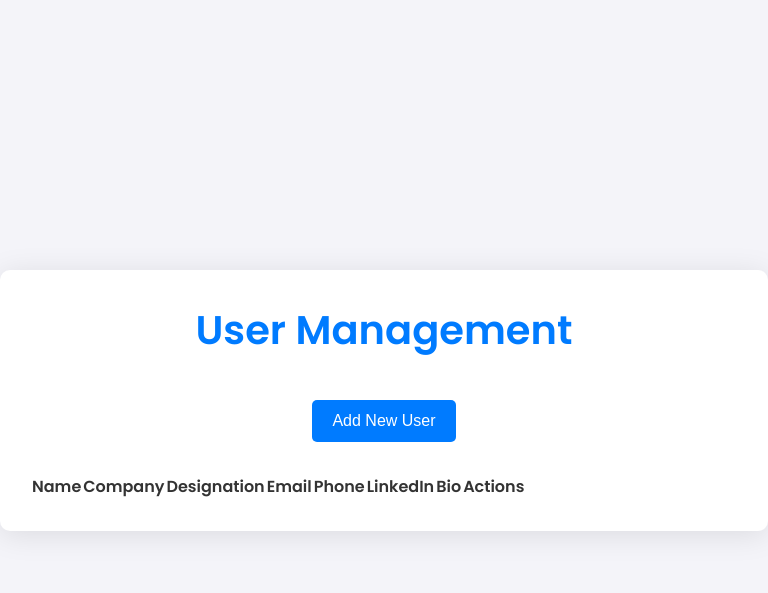
Repository: anazhtz/index
Page: index.html
These files come from the project's save history. The page is drawn as it stood at one moment and after the next save; the edit follows.
The browser window is 768 px wide. The pictures show the whole page.

Above is the page before, as saved 2024-11-14 15:17:44.
Console error: TypeError: Cannot set properties of null (setting 'innerHTML')

### index.html
<!DOCTYPE html>
<html lang="en">
<head>
    <meta charset="UTF-8">
    <meta name="viewport" content="width=device-width, initial-scale=1.0">
    <meta http-equiv="X-UA-Compatible" content="ie=edge">
    <title>User Management - CRUD</title>
    <link href="https://fonts.googleapis.com/css2?family=Poppins:wght@300;400;500;600&display=swap" rel="stylesheet">
    <link rel="stylesheet" href="styles.css">
</head>
<body>
    <div class="container">
        <header>
            <h1>User Management</h1>
        </header>

        <div class="actions">
            <button class="btn add-btn" id="addBtn">Add New User</button>
        </div>

        <!-- Table to display users -->
        <div class="table-container">
            <table id="userTable">
                <thead>
                    <tr>
                        <th>Name</th>
                        <th>Company</th>
                        <th>Designation</th>
                        <th>Email</th>
                        <th>Phone</th>
                        <th>LinkedIn</th>
                        <th>Bio</th>
                        <th>Actions</th>
                    </tr>
                </thead>
                <tbody id="userTableBody">
                    <!-- User rows will be added dynamically -->
                </tbody>
            </table>
        </div>
    </div>

    <!-- User Form Modal -->
    <div class="modal" id="userModal">
        <div class="modal-content">
            <span class="close-btn" id="closeModal">&times;</span>
            <h2 id="modalTitle">Add New User</h2>
            <form id="userForm">
                <input type="hidden" id="userId">
                <input type="text" id="userName" placeholder="Full Name" required>
                <input type="text" id="userCompany" placeholder="Company Name" required>
                <input type="text" id="userDesignation" placeholder="Designation" required>
                <input type="email" id="userEmail" placeholder="Email Address" required>
                <input type="text" id="userPhone" placeholder="Phone Number" required>
                <input type="text" id="userLinkedin" placeholder="LinkedIn URL" required>
                <textarea id="userBio" placeholder="Short Bio" required></textarea>
                <button type="submit" class="btn">Save User</button>
            </form>
        </div>
    </div>

    <script src="script.js"></script>
</body>
</html>

### styles.css
/* General Reset */
* {
    margin: 0;
    padding: 0;
    box-sizing: border-box;
}

/* Body Styling */
body {
    font-family: 'Poppins', sans-serif;
    background-color: #f4f4f9;
    color: #333;
    display: flex;
    justify-content: center;
    align-items: center;
    height: 100vh;
    margin: 0;
}

/* Main Container */
.container {
    width: 100%;
    max-width: 1200px;
    background-color: #fff;
    padding: 30px;
    border-radius: 10px;
    box-shadow: 0 4px 30px rgba(0, 0, 0, 0.1);
    overflow: hidden;
}

/* Header Section */
header {
    text-align: center;
    margin-bottom: 40px;
}

header h1 {
    font-size: 2.5rem;
    color: #007bff;
    font-weight: 600;
}

/* Buttons */
button {
    background-color: #007bff;
    color: #fff;
    padding: 12px 20px;
    border: none;
    border-radius: 5px;
    font-size: 1rem;
    cursor: pointer;
    transition: background-color 0.3s ease;
}

button:hover {
    background-color: #0056b3;
}

/* Action Section */
.actions {
    text-align: center;
    margin-bottom: 30px;
}

/* User Cards */
.user-list {
    display: grid;
    grid-template-columns: repeat(auto-fill, minmax(320px, 1fr));
    gap: 20px;
}

.user-card {
    background-color: #fff;
    padding: 20px;
    border-radius: 10px;
    box-shadow: 0 6px 20px rgba(0, 0, 0, 0.1);
    transition: transform 0.3s ease, box-shadow 0.3s ease;
}

.user-card:hover {
    transform: translateY(-10px);
    box-shadow: 0 10px 30px rgba(0, 0, 0, 0.1);
}

.user-card h3 {
    font-size: 1.8rem;
    color: #007bff;
    margin-bottom: 15px;
}

.user-card p {
    color: #555;
    font-size: 1rem;
    margin: 8px 0;
}

.user-card button {
    position: absolute;
    top: 10px;
    right: 10px;
}

.user-card button.edit-btn {
    background-color: #28a745;
}

.user-card button.delete-btn {
    background-color: #dc3545;
}

/* Modal Styling */
.modal {
    display: none;
    position: fixed;
    top: 0;
    left: 0;
    width: 100%;
    height: 100%;
    background: rgba(0, 0, 0, 0.5);
    justify-content: center;
    align-items: center;
    z-index: 1000;
}

.modal-content {
    background-color: #fff;
    padding: 40px;
    width: 500px;
    border-radius: 10px;
    box-shadow: 0 6px 30px rgba(0, 0, 0, 0.1);
}

.close-btn {
    font-size: 30px;
    color: #333;
    position: absolute;
    top: 20px;
    right: 20px;
    cursor: pointer;
}

textarea {
    width: 100%;
    padding: 12px;
    margin-bottom: 20px;
    border: 1px solid #ddd;
    border-radius: 5px;
    font-size: 1rem;
    resize: vertical;
}

input[type="text"], input[type="email"] {
    width: 100%;
    padding: 12px;
    margin-bottom: 20px;
    border: 1px solid #ddd;
    border-radius: 5px;
    font-size: 1rem;
}

/* Responsive Design */
@media (max-width: 768px) {
    .user-list {
        grid-template-columns: 1fr;
    }

    .modal-content {
        width: 90%;
    }
}

### script.js
let users = [];

// Modal and form elements
const userModal = document.getElementById("userModal");
const closeModal = document.getElementById("closeModal");
const userForm = document.getElementById("userForm");

// Add/Edit user fields
const userName = document.getElementById("userName");
const userCompany = document.getElementById("userCompany");
const userDesignation = document.getElementById("userDesignation");
const userEmail = document.getElementById("userEmail");
const userPhone = document.getElementById("userPhone");
const userLinkedin = document.getElementById("userLinkedin");
const userBio = document.getElementById("userBio");
const userId = document.getElementById("userId");

// User list container
const userList = document.querySelector(".user-list");

// Open modal to add a new user
document.getElementById("addBtn").addEventListener("click", () => {
    document.getElementById("modalTitle").textContent = "Add New User";
    userForm.reset();
    userId.value = '';
    userModal.style.display = "flex";
});

// Close modal
closeModal.addEventListener("click", () => {
    userModal.style.display = "none";
});

// Handle user form submission (Add/Edit)
userForm.addEventListener("submit", (e) => {
    e.preventDefault();

    const newUser = {
        id: userId.value || Date.now().toString(),
        name: userName.value,
        company: userCompany.value,
        designation: userDesignation.value,
        email: userEmail.value,
        phone: userPhone.value,
        linkedin: userLinkedin.value,
        bio: userBio.value
    };

    if (userId.value) {
        // Update existing user
        const index = users.findIndex(user => user.id === userId.value);
        users[index] = newUser;
    } else {
        // Add new user
        users.push(newUser);
    }

    renderUsers();
    userModal.style.display = "none";
});

// Edit user
function editUser(userId) {
    const user = users.find(u => u.id === userId);
    userName.value = user.name;
    userCompany.value = user.company;
    userDesignation.value = user.designation;
    userEmail.value = user.email;
    userPhone.value = user.phone;
    userLinkedin.value = user.linkedin;
    userBio.value = user.bio;
    document.getElementById("modalTitle").textContent = "Edit User";
    userId.value = user.id;
    userModal.style.display = "flex";
}

// Delete user
function deleteUser(userId) {
    users = users.filter(user => user.id !== userId);
    renderUsers();
}

// Render user list
function renderUsers() {
    userList.innerHTML = '';
    users.forEach(user => {
        const userCard = document.createElement('div');
        userCard.classList.add('user-card');
        userCard.innerHTML = `
            <h3>${user.name}</h3>
            <p><strong>Company:</strong> ${user.company}</p>
            <p><strong>Designation:</strong> ${user.designation}</p>
            <p><strong>Email:</strong> ${user.email}</p>
            <p><strong>Phone:</strong> ${user.phone}</p>
            <p><strong>LinkedIn:</strong> <a href="${user.linkedin}" target="_blank">Profile</a></p>
            <p><strong>Bio:</strong> ${user.bio}</p>
            <button class="edit-btn" onclick="editUser('${user.id}')">Edit</button>
            <button class="delete-btn" onclick="deleteUser('${user.id}')">Delete</button>
        `;
        userList.appendChild(userCard);
    });
}

// Initial render
renderUsers();

After the next save:
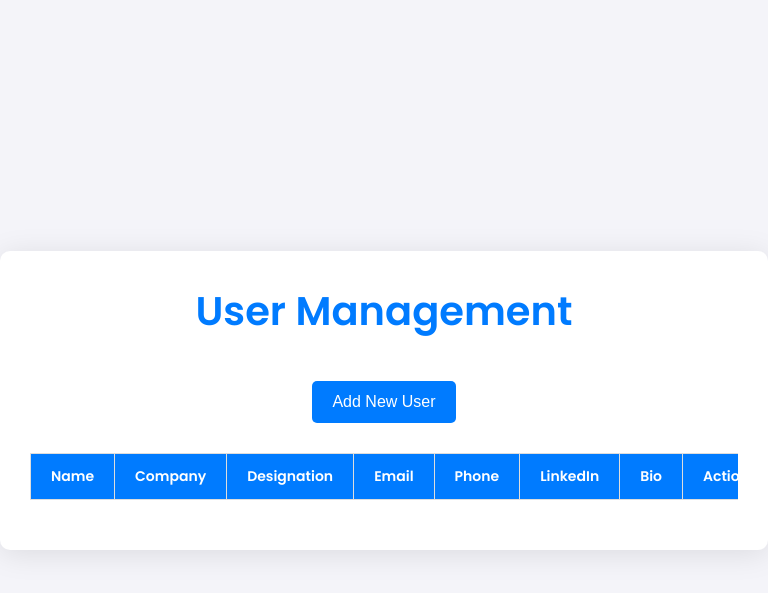
Saved 8 s later.
--- a/styles.css
+++ b/styles.css
@@ -62,50 +62,36 @@ button:hover {
     margin-bottom: 30px;
 }
 
-/* User Cards */
-.user-list {
-    display: grid;
-    grid-template-columns: repeat(auto-fill, minmax(320px, 1fr));
-    gap: 20px;
+/* Table Section */
+.table-container {
+    margin-top: 30px;
+    overflow-x: auto;
 }
 
-.user-card {
-    background-color: #fff;
-    padding: 20px;
-    border-radius: 10px;
-    box-shadow: 0 6px 20px rgba(0, 0, 0, 0.1);
-    transition: transform 0.3s ease, box-shadow 0.3s ease;
+table {
+    width: 100%;
+    border-collapse: collapse;
+    margin-bottom: 20px;
 }
 
-.user-card:hover {
-    transform: translateY(-10px);
-    box-shadow: 0 10px 30px rgba(0, 0, 0, 0.1);
+table th, table td {
+    padding: 12px 20px;
+    text-align: left;
+    border: 1px solid #ddd;
 }
 
-.user-card h3 {
-    font-size: 1.8rem;
-    color: #007bff;
-    margin-bottom: 15px;
+table th {
+    background-color: #007bff;
+    color: white;
+    font-weight: 600;
 }
 
-.user-card p {
-    color: #555;
-    font-size: 1rem;
-    margin: 8px 0;
+table td {
+    background-color: #f9f9f9;
 }
 
-.user-card button {
-    position: absolute;
-    top: 10px;
-    right: 10px;
-}
-
-.user-card button.edit-btn {
-    background-color: #28a745;
-}
-
-.user-card button.delete-btn {
-    background-color: #dc3545;
+table tr:hover {
+    background-color: #f1f1f1;
 }
 
 /* Modal Styling */
@@ -160,11 +146,11 @@ input[type="text"], input[type="email"] {
 
 /* Responsive Design */
 @media (max-width: 768px) {
-    .user-list {
-        grid-template-columns: 1fr;
-    }
-
     .modal-content {
         width: 90%;
     }
+
+    table {
+        font-size: 14px;
+    }
 }
